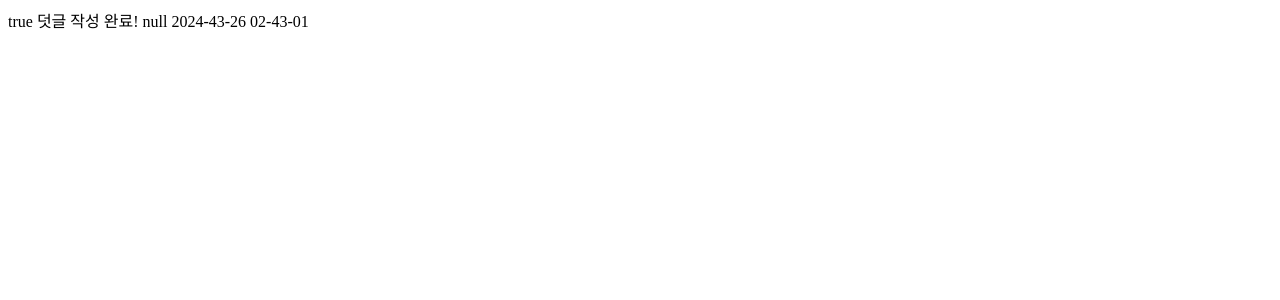
Repository: rwanda95do/bitcamp
Page: http://localhost/JQueryAjax/comment/comment_delete.jsp
An editor plug-in stored every save of this project. The page is shown before and after the next save, followed by the edit.
The browser window is 1280 px wide. The pictures show the whole page.
The page is served by Tomcat 9.

Above is the page before, as saved 2024-08-28 07:51:14.

### JQueryAjax/src/main/webapp/comment/comment_delete.jsp
<%@page import="java.text.SimpleDateFormat"%>
<%@ page language="java" contentType="text/html; charset=UTF-8"
    pageEncoding="UTF-8"%>
<%@ page trimDirectiveWhitespaces="true" %>
<%@ page import="java.util.Date" %>
<%@ page import="java.text.SimpleDateFormat" %>

<%!
// 전역변수
	int num = 3;
%>

<%
// java

	String writer = request.getParameter("writer");
	String content = request.getParameter("content");

	num++;

	Date date = new Date();
	SimpleDateFormat sdf = new SimpleDateFormat("yyyy-mm-dd HH-mm-ss");
	String datetime = sdf.format(date);

	boolean result = true;
	String message = "덧글 작성 완료!";
%>

<?xml version="1.0" encoding="UTF-8"?>
<comment>
	<itme>
		<result><%=result %></result>
		<message><%=message %></message>
		<content><%=content %></content>
		<datetime><%=datetime %></datetime>
	</itme>
</comment>

After the next save:
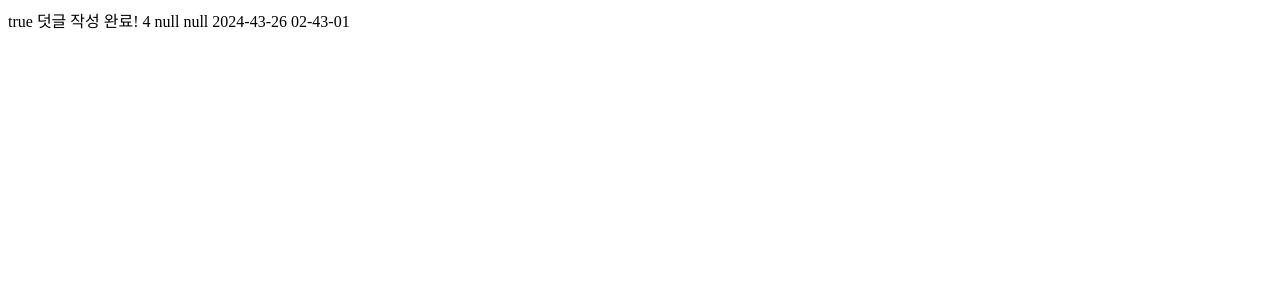
Saved 53 s later.
--- a/JQueryAjax/src/main/webapp/comment/comment_delete.jsp
+++ b/JQueryAjax/src/main/webapp/comment/comment_delete.jsp
@@ -28,9 +28,11 @@
 
 <?xml version="1.0" encoding="UTF-8"?>
 <comment>
-	<itme>
 		<result><%=result %></result>
 		<message><%=message %></message>
+	<itme>
+		<num><%=num %></num>
+		<writer><%=writer %></writer>
 		<content><%=content %></content>
 		<datetime><%=datetime %></datetime>
 	</itme>
